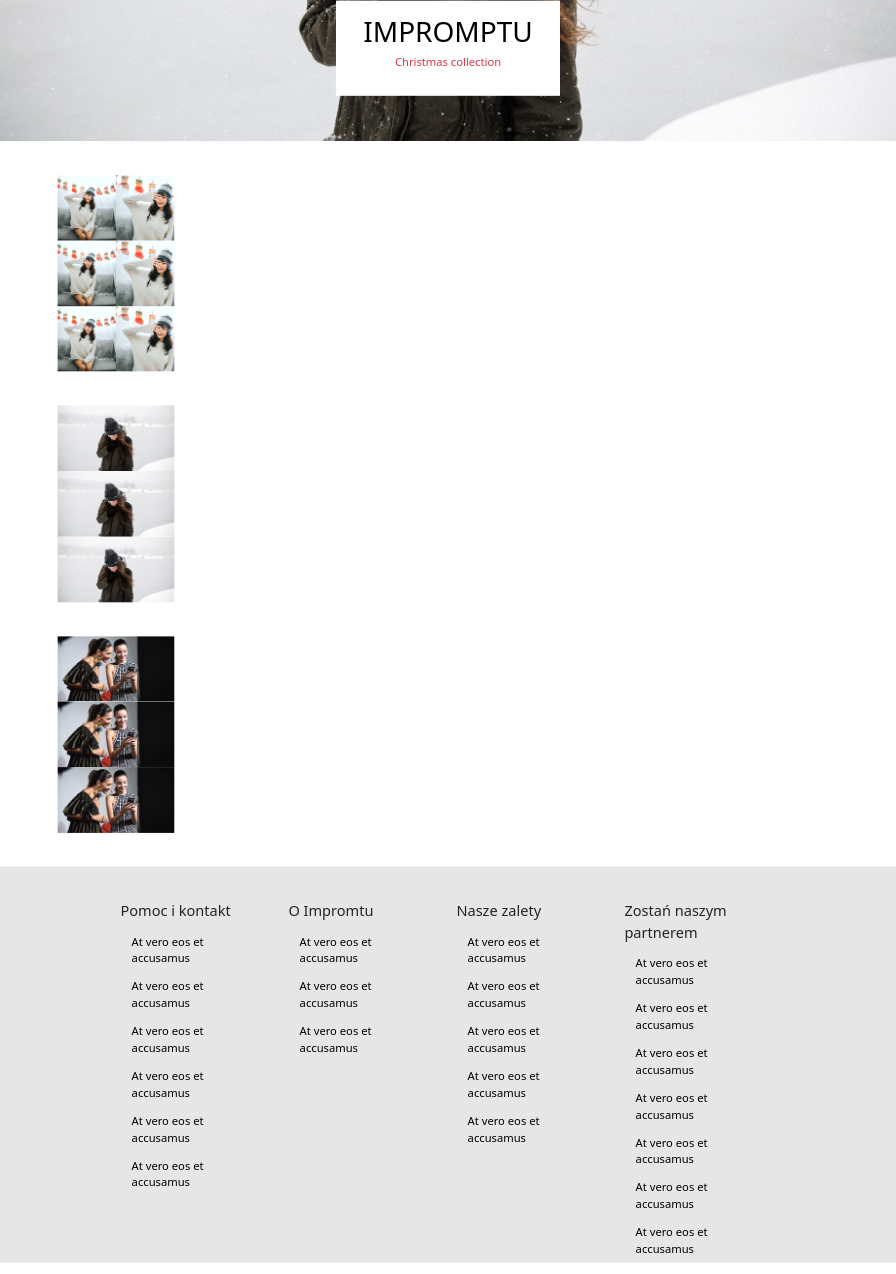
Repository: michalgornicki/Impromptu
Page: /
The author's editor kept a copy of each file at every save. The page is drawn from the files as they stood at one save, then again after a run of saves.
The browser window is 1280 px wide. The pictures show the part of the page from y = 547 to 2467 px (the page is 2367 px tall before and 11244 px after), at 70% of full size.
The project was rebuilt for these pictures with package versions that can differ from the ones it lists, and the page was loaded fresh each time.

Above is the page before, as saved 2021-12-23 14:33:12.

After the next 2 saves:
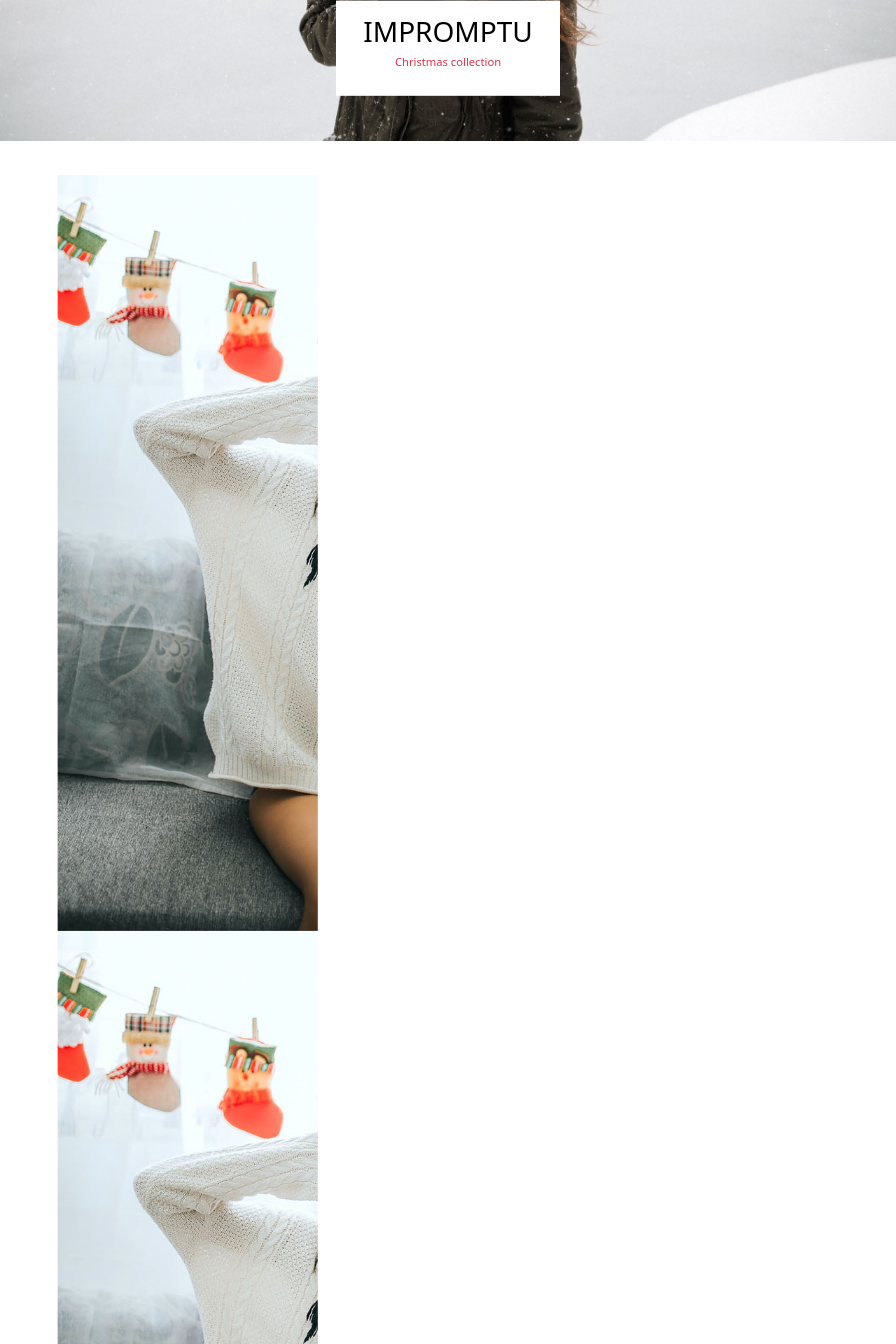
The 2 saves are shown as one change because they came seconds apart.
The last was saved 14 s later.
--- a/src/App.css
+++ b/src/App.css
@@ -43,7 +43,6 @@
 }
 
 .grid-item{
-    width: 33.333%;
    }
 
 .grid-item:hover{
@@ -52,4 +51,6 @@
 
 .overflow-hidden{
     width: 500px;
+    width: 33.333%;
+
 }
